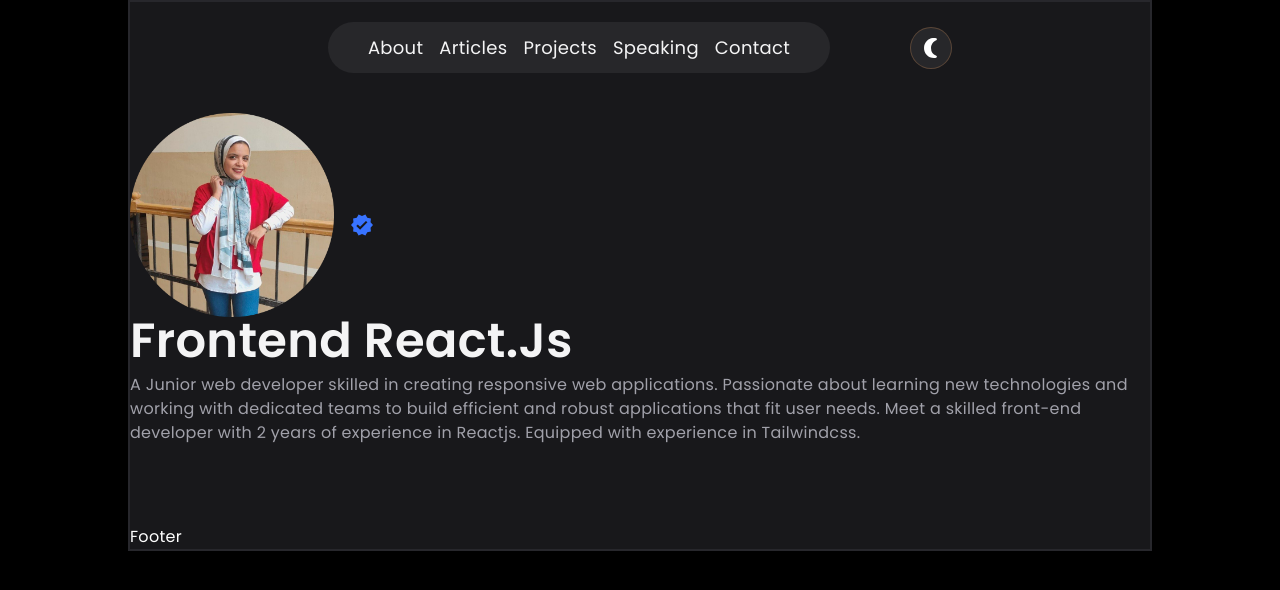
Repository: Wafaabahgat/Portfolio
Page: /
An editor plug-in stored every save of this project. The page is shown before and after the next save, followed by the edit.
The browser window is 1280 px wide. The pictures show the whole page.
The project was rebuilt for these pictures with package versions that can differ from the ones it lists, and the page was loaded fresh each time. Also part of the build but not shown: vite.config.ts, src/App.css, src/ErrorPage.tsx.

Above is the page before, as saved 2023-12-08 03:20:58.

After the next save:
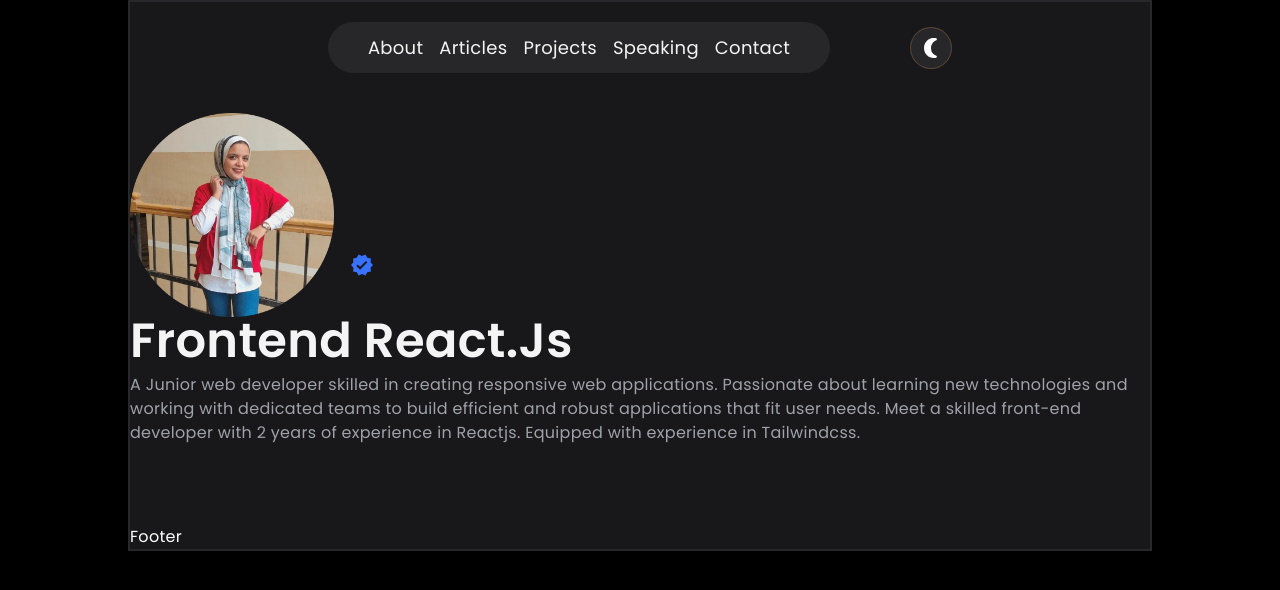
Saved 4 s later.
--- a/src/components/home/Hero.tsx
+++ b/src/components/home/Hero.tsx
@@ -11,7 +11,7 @@ const Hero: FC<HeroProps> = () => {
         <div>
           <div className="flex items-end gap-4">
             <img src={avatar} className="w-[20%]" />
-            <MdVerified  className="text-2xl text-main-light mb-20"/>
+            <MdVerified  className="text-2xl text-main-light mb-10"/>
           </div>
           <h1 className="text-main-title font-semibold text-5xl mb-2 capitalize">
             frontend react.js
